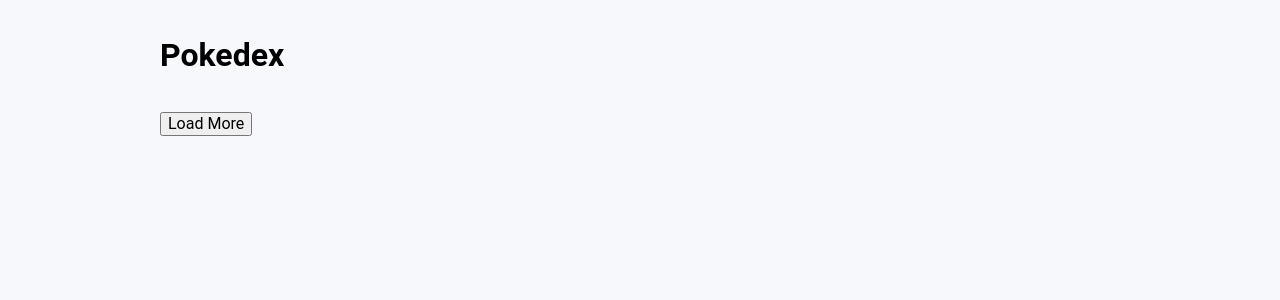
Repository: Sandro1969-tech/pokedex
Page: index.html
An editor plug-in stored every save of this project. The page is shown before and after a run of saves, followed by the edit.
The browser window is 1280 px wide. The pictures show the whole page.
The page's requests for data from a server got no answer.

Above is the page before, as saved 2026-02-23 09:52:19.

### index.html
<!DOCTYPE html>
<html lang="pt-BR">
<head>
    <meta charset="UTF-8">
    <meta name="viewport" content="width=device-width, initial-scale=1.0">
    <title>Pokedex</title>
    <link rel="stylesheet" href="https://cdnjs.cloudflare.com/ajax/libs/normalize/8.0.1/normalize.min.css">
    <link rel="stylesheet" href="assets/css/global.css">
    <link rel="stylesheet" href="assets/css/pokedex.css">
</head>
<body>
    <section class="content">
        <h1>Pokedex</h1>
        <ol id="pokemonList" class="pokemons"></ol>
        <div class="pagination">
            <button id="loadMoreButton" type="button">Load More</button>
        </div>
    </section>
    <script src="assets/js/pokemon-model.js"></script>
    <script src="assets/js/poke-api.js"></script>
    <script src="assets/js/main.js"></script>
</body>
</html>

### assets/css/global.css
* { font-family: 'Roboto', sans-serif; box-sizing: border-box; }
body { background-color: #f6f8fc; }
.content { width: 100vw; padding: 1rem; }
@media screen and (min-width: 992px) {
    .content { max-width: 992px; margin: 0 auto; }
}

### assets/css/pokedex.css
.pokemons { display: grid; grid-template-columns: 1fr; list-style: none; padding: 0; }
.pokemon { margin: .5rem; padding: 1rem; border-radius: 1rem; color: #fff; display: flex; flex-direction: column; }
.pokemon .name { text-transform: capitalize; font-weight: bold; font-size: 1.25rem; }
/* Exemplo de cores por tipo */
.grass { background-color: #48d0b0; }
.fire { background-color: #fb6c6c; }
.water { background-color: #76bdfe; }
.electric { background-color: #ffd86e; }
/* Adicione os outros tipos conforme necessário */
.pokemon .detail { display: flex; align-items: center; justify-content: space-between; }
.pokemon img { max-width: 100%; height: 70px; }
@media screen and (min-width: 600px) { .pokemons { grid-template-columns: 1fr 1fr; } }

### assets/js/poke-api.js
const pokeApi = {}

function convertPokeApiDetailToPokemon(pokeDetail) {
    const pokemon = new Pokemon()
    pokemon.number = pokeDetail.id
    pokemon.name = pokeDetail.name
    const types = pokeDetail.types.map((typeSlot) => typeSlot.type.name)
    const [type] = types
    pokemon.types = types
    pokemon.type = type
    pokemon.photo = pokeDetail.sprites.other.dream_world.front_default
    return pokemon
}

pokeApi.getPokemonDetail = (pokemon) => {
    return fetch(pokemon.url)
        .then((response) => response.json())
        .then(convertPokeApiDetailToPokemon)
}

pokeApi.getPokemons = (offset = 0, limit = 10) => {
    const url = `https://pokeapi.co/api/v2/pokemon?offset=${offset}&limit=${limit}`
    return fetch(url)
        .then((response) => response.json())
        .then((jsonBody) => jsonBody.results)
        .then((pokemons) => pokemons.map(pokeApi.getPokemonDetail))
        .then((detailRequests) => Promise.all(detailRequests))
        .then((pokemonsDetails) => pokemonsDetails)
}

### assets/js/main.js
const pokemonList = document.getElementById('pokemonList')
const loadMoreButton = document.getElementById('loadMoreButton')

const maxRecords = 151
const limit = 10
let offset = 0;

function convertPokemonToLi(pokemon) {
    return `
        <li class="pokemon ${pokemon.type}">
            <span class="number">#${pokemon.number}</span>
            <span class="name">${pokemon.name}</span>
            <div class="detail">
                <ol class="types">
                    ${pokemon.types.map((type) => `<li class="type ${type}">${type}</li>`).join('')}
                </ol>
                <img src="${pokemon.photo}" alt="${pokemon.name}">
            </div>
        </li>
    `
}

function loadPokemonItens(offset, limit) {
    pokeApi.getPokemons(offset, limit).then((pokemons = []) => {
        const newHtml = pokemons.map(convertPokemonToLi).join('')
        pokemonList.innerHTML += newHtml
    })
}

loadPokemonItens(offset, limit)

loadMoreButton.addEventListener('click', () => {
    offset += limit
    const qtdRecordsWithNextPage = offset + limit

    if (qtdRecordsWithNextPage >= maxRecords) {
        const newLimit = maxRecords - offset
        loadPokemonItens(offset, newLimit)
        loadMoreButton.parentElement.removeChild(loadMoreButton)
    } else {
        loadPokemonItens(offset, limit)
    }
})

Loaded but not shown: assets/js/pokemon-model.js (common file)

After the next 2 saves:
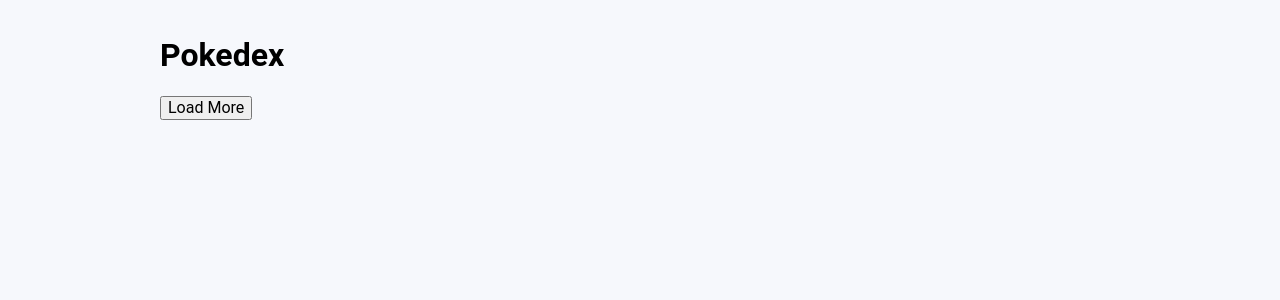
The 2 saves are shown as one change because they came seconds apart.
The last was saved 3 min 13 s later.
--- a/assets/css/pokedex.css
+++ b/assets/css/pokedex.css
@@ -1,12 +1,36 @@
-.pokemons { display: grid; grid-template-columns: 1fr; list-style: none; padding: 0; }
-.pokemon { margin: .5rem; padding: 1rem; border-radius: 1rem; color: #fff; display: flex; flex-direction: column; }
-.pokemon .name { text-transform: capitalize; font-weight: bold; font-size: 1.25rem; }
-/* Exemplo de cores por tipo */
-.grass { background-color: #48d0b0; }
-.fire { background-color: #fb6c6c; }
-.water { background-color: #76bdfe; }
-.electric { background-color: #ffd86e; }
-/* Adicione os outros tipos conforme necessário */
-.pokemon .detail { display: flex; align-items: center; justify-content: space-between; }
-.pokemon img { max-width: 100%; height: 70px; }
-@media screen and (min-width: 600px) { .pokemons { grid-template-columns: 1fr 1fr; } }
+/* Cores de Fundo dos Cards */
+.normal { background-color: #a8a878; }
+.fire { background-color: #f08030; }
+.water { background-color: #6890f0; }
+.grass { background-color: #78c850; }
+.electric { background-color: #f8d030; }
+.ice { background-color: #98d8d8; }
+.ground { background-color: #e0c068; }
+.flying { background-color: #a890f0; }
+.poison { background-color: #a040a0; }
+.fighting { background-color: #c03028; }
+.psychic { background-color: #f85888; }
+.dark { background-color: #705848; }
+.rock { background-color: #b8a038; }
+.bug { background-color: #a8b820; }
+.ghost { background-color: #705898; }
+.steel { background-color: #b8b8d0; }
+.dragon { background-color: #7038f8; }
+.fairy { background-color: #f0b6bc; }
+
+/* Estilização das "Badges" de tipo dentro do card */
+.pokemon .types {
+    padding: 0;
+    margin: 0;
+    list-style: none;
+}
+
+.pokemon .types .type {
+    color: #fff;
+    padding: .25rem .5rem;
+    margin: .25rem 0;
+    font-size: .625rem;
+    border-radius: 1rem;
+    filter: brightness(1.1);
+    text-align: center;
+}

After the 2 saves that followed:
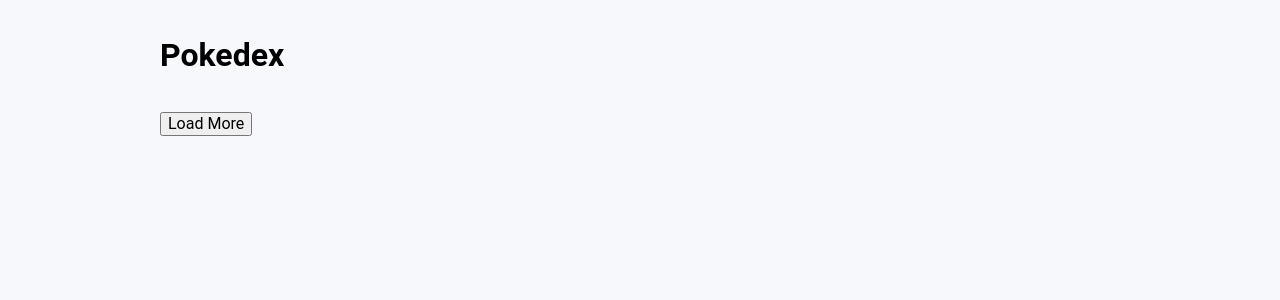
The 2 saves are shown as one change because they came seconds apart.
The last was saved 46 s later.
--- a/assets/css/pokedex.css
+++ b/assets/css/pokedex.css
@@ -1,36 +1,12 @@
-/* Cores de Fundo dos Cards */
-.normal { background-color: #a8a878; }
-.fire { background-color: #f08030; }
-.water { background-color: #6890f0; }
-.grass { background-color: #78c850; }
-.electric { background-color: #f8d030; }
-.ice { background-color: #98d8d8; }
-.ground { background-color: #e0c068; }
-.flying { background-color: #a890f0; }
-.poison { background-color: #a040a0; }
-.fighting { background-color: #c03028; }
-.psychic { background-color: #f85888; }
-.dark { background-color: #705848; }
-.rock { background-color: #b8a038; }
-.bug { background-color: #a8b820; }
-.ghost { background-color: #705898; }
-.steel { background-color: #b8b8d0; }
-.dragon { background-color: #7038f8; }
-.fairy { background-color: #f0b6bc; }
-
-/* Estilização das "Badges" de tipo dentro do card */
-.pokemon .types {
-    padding: 0;
-    margin: 0;
-    list-style: none;
-}
-
-.pokemon .types .type {
-    color: #fff;
-    padding: .25rem .5rem;
-    margin: .25rem 0;
-    font-size: .625rem;
-    border-radius: 1rem;
-    filter: brightness(1.1);
-    text-align: center;
-}
+.pokemons { display: grid; grid-template-columns: 1fr; list-style: none; padding: 0; }
+.pokemon { margin: .5rem; padding: 1rem; border-radius: 1rem; color: #fff; display: flex; flex-direction: column; }
+.pokemon .name { text-transform: capitalize; font-weight: bold; font-size: 1.25rem; }
+/* Exemplo de cores por tipo */
+.grass { background-color: #48d0b0; }
+.fire { background-color: #fb6c6c; }
+.water { background-color: #76bdfe; }
+.electric { background-color: #ffd86e; }
+/* Adicione os outros tipos conforme necessário */
+.pokemon .detail { display: flex; align-items: center; justify-content: space-between; }
+.pokemon img { max-width: 100%; height: 70px; }
+@media screen and (min-width: 600px) { .pokemons { grid-template-columns: 1fr 1fr; } }
